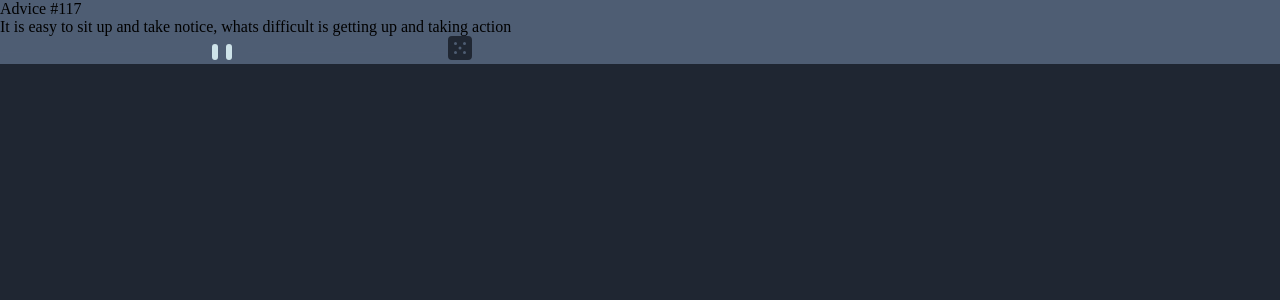
Repository: Arkitecth/advice-generator
Page: index.html
These files come from the project's save history. The page is drawn as it stood at one moment and after the next save; the edit follows.
The browser window is 1280 px wide. The pictures show the whole page.

Above is the page before, as saved 2023-07-12 17:19:00.

After the next save:
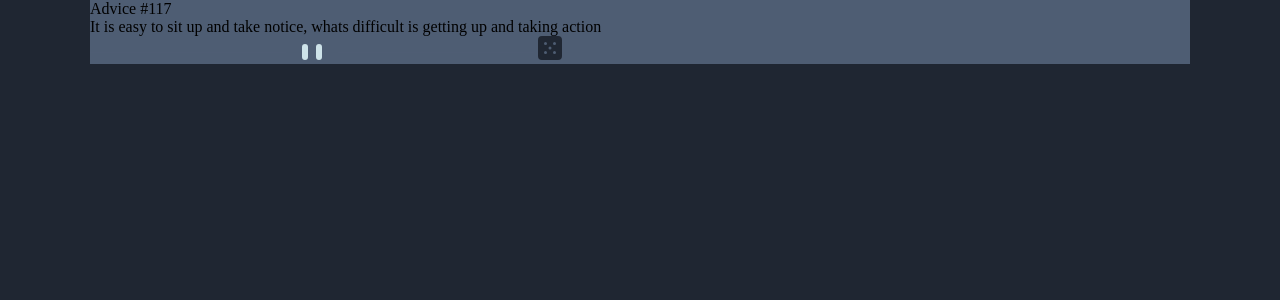
Saved 13 s later.
--- a/style.css
+++ b/style.css
@@ -20,4 +20,5 @@
 .container {
     margin: 0 auto;
     background-color: var(--grayish-blue);
+    width: 1100px;
 }
